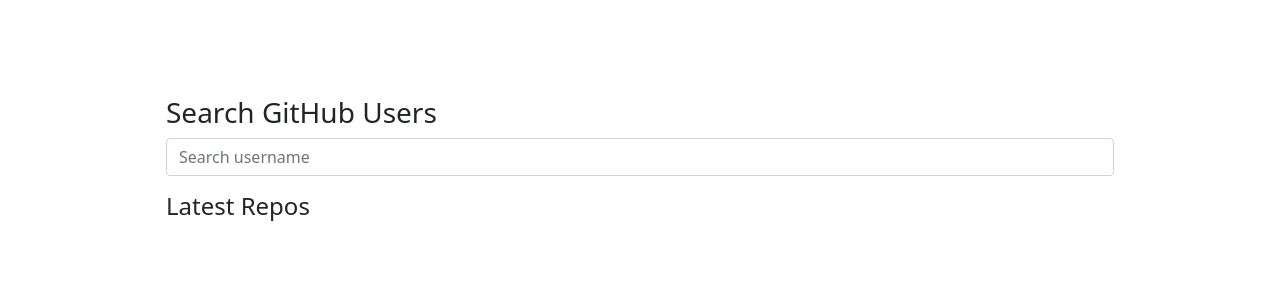
Repository: just-mann/github-finder.github.io
Page: index.html
These files come from the project's save history. The page is drawn as it stood at one moment and after a run of saves; the edit follows.
The browser window is 1280 px wide. The pictures show the whole page.
Some web libraries are served in a nearby version.

Above is the page before, as saved 2021-04-18 06:46:28.

### index.html
<!DOCTYPE html>
<html lang="en">
<head>
  <meta charset="UTF-8">
  <meta name="viewport" content="width=device-width, initial-scale=1.0">
  <title>GitHub Finder</title>
  <link rel="stylesheet" href="https://stackpath.bootstrapcdn.com/bootstrap/5.0.0-alpha1/css/bootstrap.min.css" integrity="sha384-r4NyP46KrjDleawBgD5tp8Y7UzmLA05oM1iAEQ17CSuDqnUK2+k9luXQOfXJCJ4I" crossorigin="anonymous">
  <script src="https://cdn.jsdelivr.net/npm/popper.js@1.16.0/dist/umd/popper.min.js" integrity="sha384-Q6E9RHvbIyZFJoft+2mJbHaEWldlvI9IOYy5n3zV9zzTtmI3UksdQRVvoxMfooAo" crossorigin="anonymous"></script>
  <script src="https://stackpath.bootstrapcdn.com/bootstrap/5.0.0-alpha1/js/bootstrap.min.js" integrity="sha384-oesi62hOLfzrys4LxRF63OJCXdXDipiYWBnvTl9Y9/TRlw5xlKIEHpNyvvDShgf/" crossorigin="anonymous"></script>
  <script type = "text/javascript" src = "https://ajax.googleapis.com/ajax/libs/jquery/2.1.3/jquery.min.js"></script>
  <!-- <script src="/bootstrap.min.css"></script> -->
  <link rel="stylesheet" href="./styles.css">
</head>
<body>
    <div class="container p-5">
        <div class="container-fluid p-5">
            <h3>Search GitHub Users</h3>
            <input class='form-control' type="text" placeholder="Search username" id="searchUser" />
            <div id="profile"></div>
            <h4 class='mt-3'>Latest Repos</h4>
            <div id="repo"></div>
        </div>
    </div>
    <script src='https://code.jquery.com/jquery-3.6.0.js' integrity="sha256-H+K7U5CnXl1h5ywQfKtSj8PCmoN9aaq30gDh27Xc0jk="
    crossorigin="anonymous"></script>
    <script src="./script.js"></script>
</body>
</html>

### styles.css
* {
    padding: 0;
    margin: 0;
    box-sizing: border-box;
}

.avatar {
    width: 100%;
}

### script.js
// console.log('Script works!!!');

// var dogs = {
//     Fido: "Mutt",  Hunter: "Doberman",  Snoopie: "Beagle"
// };

// console.log(dogs.Fido);


// var testObj = {
//     12: "Namath",
//     16: "Montana",
//     19: "Unitas"
// };

// console.log(testObj);


$(() => {

    $('#searchUser').on('keyup', (e) => {
        let username = e.target.value;
        $.ajax({
            url: `https://api.github.com/users/`+username,
            data: {
                client_id: 'a84e4d99766578be9ef4',
                client_secret: '0b7122e1b593e3d5c8035fcdacc4c0b85d75b1f4'
            }
        }).done((user) => {
            $.ajax({
                url: `https://api.github.com/users/`+username+'/repos',
                data: {
                     client_id: 'a84e4d99766578be9ef4',
                     client_secret: '0b7122e1b593e3d5c8035fcdacc4c0b85d75b1f4',
                     sort: 'created: asc',
                     per_page: 5
                }
            }).done((repos) => {
                $.each(repos, (index, repo) => {
                    $('#repo').append(`
                        <div class="well">
                            <div class="row">
                                <div class="col-md-7">
                                    <strong>${repo.name}</strong>: ${repo.description}
                                </div>
                                <div class="col-md-3">
                                    <span class="badge badge-primary">Forks: ${repo.fork_count}</span>
                                    <span class="label label-primary">Watchers: ${repo.watchers_count}</span>
                                    <span class="label label-success">Stars: ${repo.stargazers_count}</span>
                                </div>
                                <div class="col-md-2">
                                    <a href=${repo.html_url} target='_blank' class="btn btn-secondary">Repo Page</a>
                                </div>
                            </div>
                        </div>
                    `)
                })
            })
            $('#profile').html(`
                <div class="panel-panel-default">
                    <div class="panel-heading">
                        <div class="panel-title">
                            <h3>${user.name}</h3>
                        </div>
                    </div>
                    <div class="panel-body">
                        <div class="row">
                                <div class="col-md-3">
                                    <img src=${user.avatar_url} alt="userImg" class="thumbnail avatar"/>
                                    <a target='_blank' class="btn btn-primary btn-block my-2">View Profile</a>
                                </div>
                                <div class="col-md-9">
                                    <span class="label label-default">Public Repos: ${user.public_repos}</span>
                                    <span class="label label-primary">Public Gists: ${user.public_gists}</span>
                                    <span class="label label-success">Followers: ${user.followers}</span>
                                    <span class="label label-info">Following: ${user.following}</span>
                                    <br/><br/>
                                    <ul class="list-group">
                                        <li class="list-group-item">${user.company}</li>
                                        <li class="list-group-item">${user.blog}</li>
                                        <li class="list-group-item">${user.location}</li>
                                        <li class="list-group-item">${user.created_at}</li>
                                    </ul>
                                </div>
                        </div>
                    </div>
                </div>
            `)
        })
    })
});

After the next 2 saves:
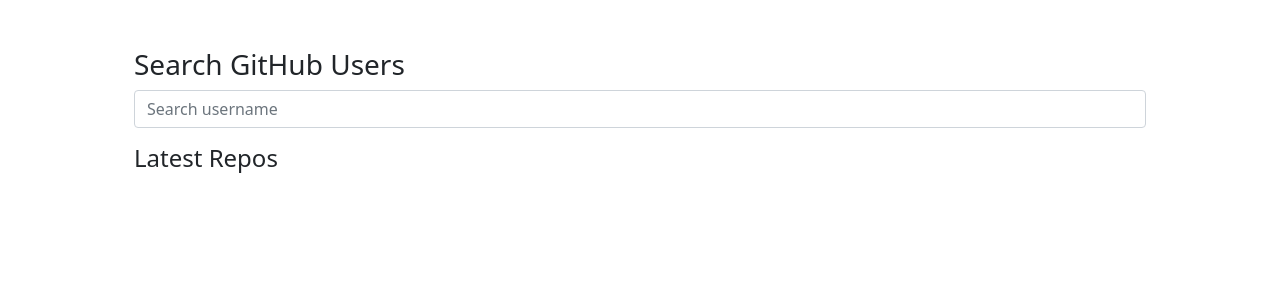
The 2 saves are shown as one change because they came seconds apart.
The last was saved 113 s later.
--- a/index.html
+++ b/index.html
@@ -12,7 +12,7 @@
   <link rel="stylesheet" href="./styles.css">
 </head>
 <body>
-    <div class="container p-5">
+    <div class="container">
         <div class="container-fluid p-5">
             <h3>Search GitHub Users</h3>
             <input class='form-control' type="text" placeholder="Search username" id="searchUser" />
